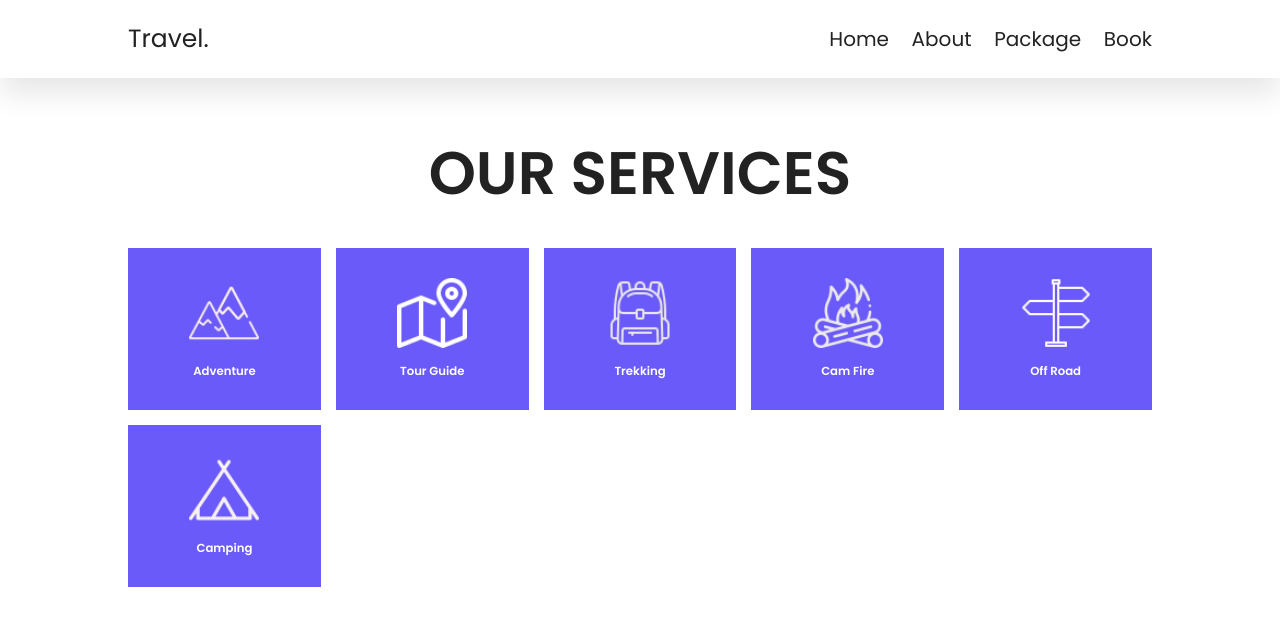
Repository: CTCuong/Traveloka-Web
Page: assets/home.html
The author's editor kept a copy of each file at every save. The page is drawn from the files as they stood at one save, then again after the next save.
The browser window is 1280 px wide. The pictures show the part of the page from y = 0 to 637 px (the page is 1283 px tall before and 1432 px after).
Pictures or frames that could not be fetched are drawn as grey boxes. Backgrounds fixed to the window are drawn as part of the page.

Above is the page before, as saved 2023-07-03 21:27:22.

After the next save:
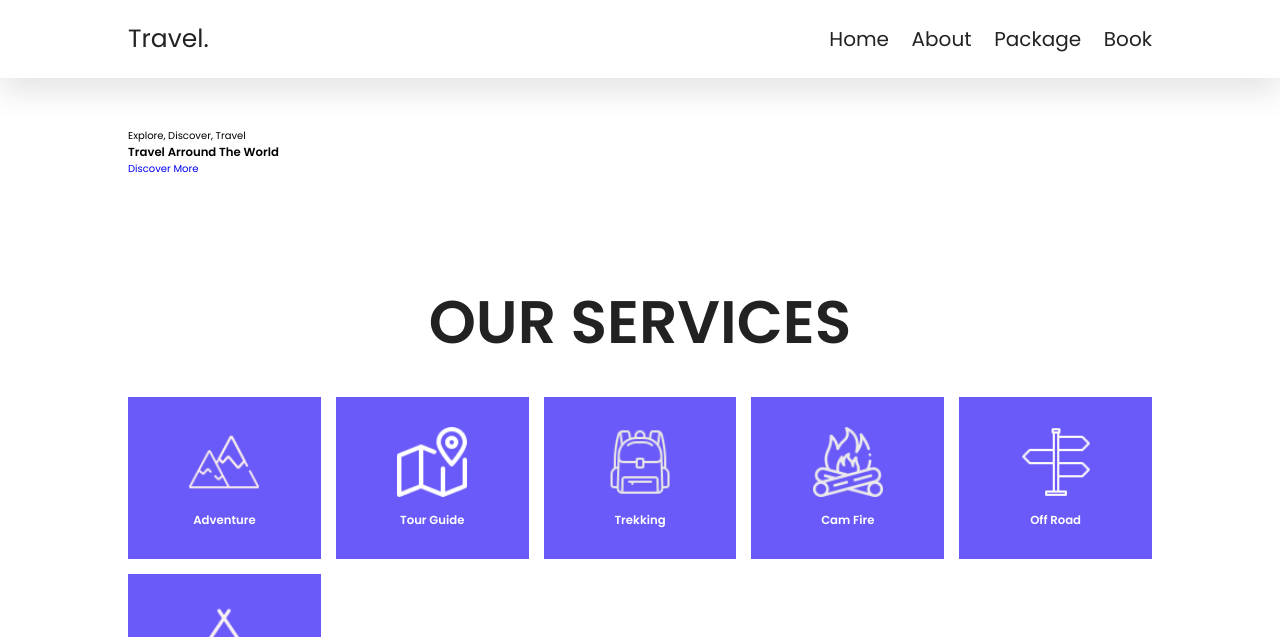
Saved 4 min 47 s later.
--- a/assets/home.html
+++ b/assets/home.html
@@ -29,6 +29,22 @@
     <!-- header section ends -->
 
     <!-- home section starts -->
+    <section class="home">
+
+        <div class="home-slider">
+
+            <div class="W">
+
+                <div class="slide" style="background: url();">
+                    <div class="content">
+                        <span>explore, discover, travel</span>
+                        <h3>travel arround the world</h3>
+                        <a href="package.html" class="btn">discover more</a>
+                    </div>
+                </div>
+            </div>
+        </div>
+    </section>
     <!-- home section ends -->
 
     <!-- services section starts -->
